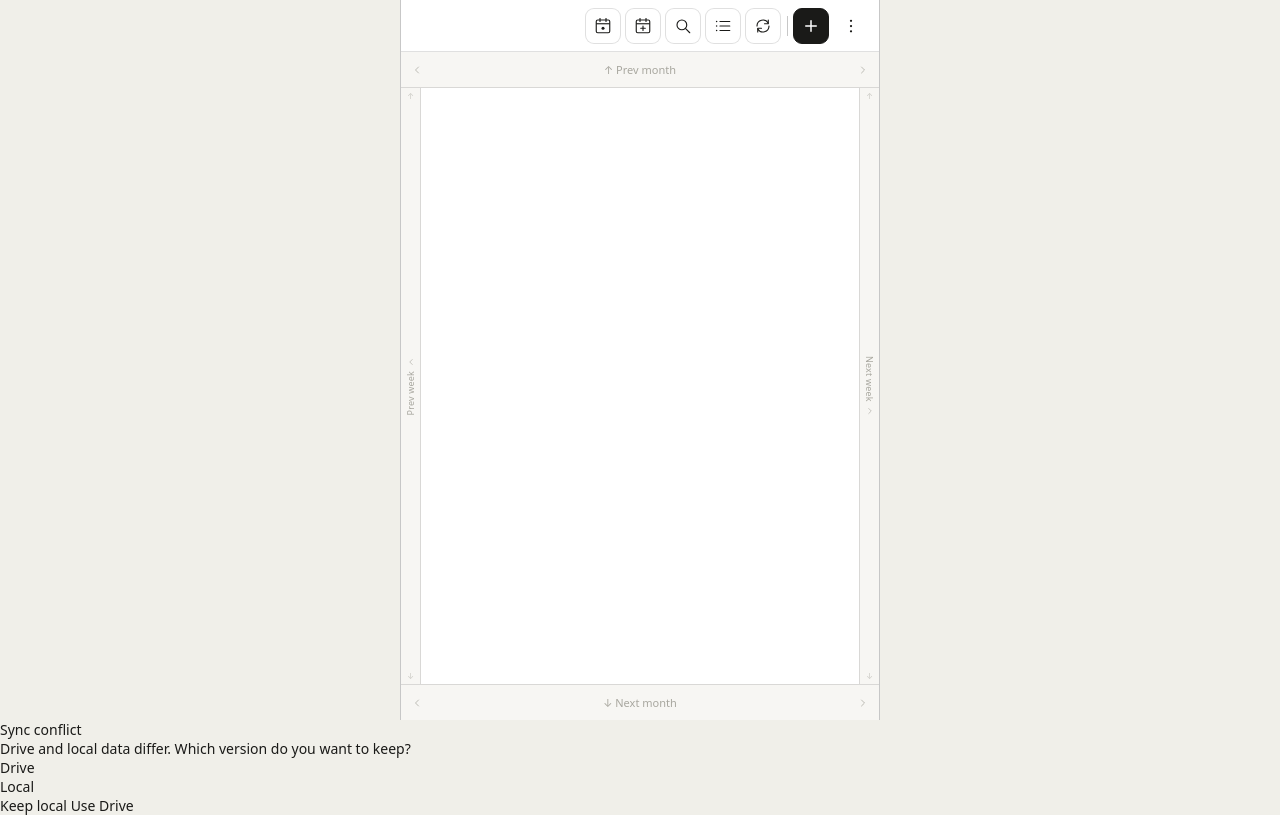
Repository: jcat00uk/Diary-Calendar
Page: index.html
The author's editor kept a copy of each file at every save. The page is drawn from the files as they stood at one save, then again after the next save.
The browser window is 1280 px wide. The pictures show the whole page.

Above is the page before, as saved 2026-04-29 11:20:20.
Console error (its wording comes from the project's code and is left out).

### index.html
<!DOCTYPE html>
<html lang="en">
<head>
  <meta charset="UTF-8">
  <meta name="viewport" content="width=device-width, initial-scale=1, viewport-fit=cover">
  <meta name="theme-color" content="#ffffff" media="(prefers-color-scheme: light)">
  <meta name="theme-color" content="#1a1a18" media="(prefers-color-scheme: dark)">
  <meta name="mobile-web-app-capable" content="yes">
  <meta name="apple-mobile-web-app-capable" content="yes">
  <meta name="apple-mobile-web-app-status-bar-style" content="default">
  <title>Chronicle</title>

  <link rel="stylesheet" href="css/base.css">
  <link rel="stylesheet" href="css/ribbon.css">
  <link rel="stylesheet" href="css/week-view.css">
  <link rel="stylesheet" href="css/day-card.css">
  <link rel="stylesheet" href="css/expanded-day.css">
  <link rel="stylesheet" href="css/modals.css">
  <link rel="stylesheet" href="css/agenda.css">
  <link rel="stylesheet" href="css/responsive.css">
  <link rel="stylesheet" href="css/themes.css">
</head>
<body>

  <!-- SVG icon sprite (hidden) -->
  <div aria-hidden="true" style="position:absolute;width:0;height:0;overflow:hidden">
    <!-- inlined at build time or loaded via JS; for dev we use the external file -->
  </div>

  <div class="app-wrapper" id="appWrapper">

    <!-- ── Ribbon ── -->
    <header class="ribbon" id="ribbon" role="banner">
      <div class="ribbon-left">
        <div class="ribbon-month" id="ribbonMonth" aria-live="polite"></div>
        <div class="ribbon-week"  id="ribbonWeek"  aria-live="polite"></div>
      </div>
      <div class="ribbon-right">
        <button class="icon-btn" id="btnToday"    aria-label="Go to today">
          <svg class="icon" aria-hidden="true"><use href="assets/icons.svg#icon-today"/></svg>
        </button>
        <button class="icon-btn" id="btnJumpDate" aria-label="Jump to date">
          <svg class="icon" aria-hidden="true"><use href="assets/icons.svg#icon-jump"/></svg>
        </button>
        <button class="icon-btn" id="btnSearch"   aria-label="Search">
          <svg class="icon" aria-hidden="true"><use href="assets/icons.svg#icon-search"/></svg>
        </button>
        <button class="icon-btn" id="btnAgenda"   aria-label="Agenda">
          <svg class="icon" aria-hidden="true"><use href="assets/icons.svg#icon-list"/></svg>
        </button>
        <button class="icon-btn" id="btnSync"     aria-label="Sync to Google Drive">
          <svg class="icon" aria-hidden="true"><use href="assets/icons.svg#icon-sync"/></svg>
          <span class="sync-badge" id="syncBadge" hidden aria-label="Unsynced changes"></span>
        </button>
        <div class="ribbon-separator" role="separator" aria-hidden="true"></div>
        <button class="icon-btn icon-btn--add"      id="btnAdd"      aria-label="Add event">
          <svg class="icon" aria-hidden="true"><use href="assets/icons.svg#icon-plus"/></svg>
        </button>
        <button class="icon-btn icon-btn--settings" id="btnSettings" aria-label="Settings">
          <svg class="icon" aria-hidden="true"><use href="assets/icons.svg#icon-dots"/></svg>
        </button>
      </div>
    </header>

    <!-- ── Week container ── -->
    <main class="week-container" id="weekContainer" role="main">

      <!-- Previous month arrow (top) — click = prev month, swipe ◄► = prev/next week -->
      <div class="nav-arrow nav-arrow--top" id="navPrevWeek"
           role="button" tabindex="0" aria-label="Previous month">
        <svg class="icon" aria-hidden="true"><use href="assets/icons.svg#icon-chevron-left"/></svg>
        <span>↑ Prev month</span>
        <svg class="icon" aria-hidden="true"><use href="assets/icons.svg#icon-chevron-right"/></svg>
      </div>

      <!-- Grid + side arrows -->
      <div class="grid-with-sides">

        <div class="nav-arrow nav-arrow--left" id="navPrevMonth"
             role="button" tabindex="0" aria-label="Previous week">
          <span class="nav-v-hint nav-v-hint--top">↑</span>
          <svg class="icon" aria-hidden="true"><use href="assets/icons.svg#icon-chevron-left"/></svg>
          <span class="rotated-text">Prev week</span>
          <span class="nav-v-hint nav-v-hint--bottom">↓</span>
        </div>

        <div class="week-grid" id="weekGrid" aria-label="Week view">
          <!-- Day cards rendered by app.js -->
        </div>

        <div class="nav-arrow nav-arrow--right" id="navNextMonth"
             role="button" tabindex="0" aria-label="Next week">
          <span class="nav-v-hint nav-v-hint--top">↑</span>
          <span class="rotated-text">Next week</span>
          <svg class="icon" aria-hidden="true"><use href="assets/icons.svg#icon-chevron-right"/></svg>
          <span class="nav-v-hint nav-v-hint--bottom">↓</span>
        </div>

      </div>

      <!-- Next month arrow (bottom) — click = next month, swipe ◄► = prev/next week -->
      <div class="nav-arrow nav-arrow--bottom" id="navNextWeek"
           role="button" tabindex="0" aria-label="Next month">
        <svg class="icon" aria-hidden="true"><use href="assets/icons.svg#icon-chevron-left"/></svg>
        <span>↓ Next month</span>
        <svg class="icon" aria-hidden="true"><use href="assets/icons.svg#icon-chevron-right"/></svg>
      </div>

    </main>

  </div><!-- /.app-wrapper -->

  <!-- ── Agenda panel (slides in from right) ── -->
  <div class="agenda-panel" id="agendaPanel" aria-label="Agenda" role="complementary">
    <div class="agenda-header">
      <span class="agenda-title">Agenda</span>
      <button class="icon-btn" id="btnAgendaClose" aria-label="Close agenda">
        <svg class="icon" aria-hidden="true"><use href="assets/icons.svg#icon-chevron-right"/></svg>
      </button>
    </div>
    <div class="agenda-filter-bar" id="agendaFilterBar">
      <button class="filter-pill active" data-filter="all">All</button>
      <button class="filter-pill" data-filter="event">Events</button>
      <button class="filter-pill" data-filter="todo">Todos</button>
    </div>
    <div class="agenda-list" id="agendaList"></div>
  </div>

  <!-- ── Conflict modal ── -->
  <div class="conflict-overlay" id="conflictModal">
    <div class="conflict-card">
      <div class="conflict-title">Sync conflict</div>
      <p class="conflict-body">Drive and local data differ. Which version do you want to keep?</p>
      <div class="conflict-times">
        <div class="conflict-time-row">
          <span class="conflict-time-label">Drive</span>
          <span class="conflict-time-val" id="conflictDriveTime"></span>
        </div>
        <div class="conflict-time-row">
          <span class="conflict-time-label">Local</span>
          <span class="conflict-time-val" id="conflictLocalTime"></span>
        </div>
      </div>
      <div class="conflict-actions">
        <button class="conflict-btn conflict-btn--secondary" id="conflictKeepLocal">Keep local</button>
        <button class="conflict-btn conflict-btn--primary"   id="conflictKeepDrive">Use Drive</button>
      </div>
    </div>
  </div>

  <script src="https://accounts.google.com/gsi/client" async defer onload="window._onGISLoad?.()"></script>
  <script type="module" src="js/app.js"></script>

</body>
</html>

### css/base.css
/* Chronicle — CSS variables, reset, typography */

*, *::before, *::after {
  box-sizing: border-box;
  margin: 0;
  padding: 0;
  -webkit-tap-highlight-color: transparent;
}

:root {
  --bg-primary: #ffffff;
  --bg-secondary: #f7f6f3;
  --bg-tertiary: #f0efe9;
  --text-primary: #1a1a18;
  --text-secondary: #6b6a66;
  --text-tertiary: #a8a79f;
  --color-border: rgba(0,0,0,0.12);
  --color-border-strong: rgba(0,0,0,0.22);
  --accent-blue-bg: #E6F1FB;
  --accent-blue-text: #0C447C;
  --accent-green-bg: #EAF3DE;
  --accent-green-text: #27500A;
  --accent-amber-bg: #FAEEDA;
  --accent-amber-text: #633806;
  --today-border: #378ADD;
  --today-text: #185FA5;
  --radius-card: 10px;
  --radius-modal: 12px;
  --radius-sm: 8px;
  --ribbon-height: 52px;
  --safe-top: env(safe-area-inset-top, 0px);
  --safe-bottom: env(safe-area-inset-bottom, 0px);
  --safe-left: env(safe-area-inset-left, 0px);
  --safe-right: env(safe-area-inset-right, 0px);
  /* Diary text size + lined-paper metrics (both updated together by applyDiaryFontSize) */
  --diary-font-size: 13px;
  --line-height-diary: 21px;
  --diary-padding-top: 6px;
  /* Day card theming */
  --day-card-bg: #EEF4FB;
  --day-card-bg-weekend: #F3F7FB;
  --day-card-border: rgba(55,138,221,0.18);
  --day-header-bg: #cfdff2;
  --day-header-bg-weekend: #d5e4f0;

}

body.dark {
  --bg-primary: #1a1a18;
  --bg-secondary: #242420;
  --bg-tertiary: #2c2c28;
  --text-primary: #f0efe9;
  --text-secondary: #a8a79f;
  --text-tertiary: #6b6a66;
  --color-border: rgba(255,255,255,0.10);
  --color-border-strong: rgba(255,255,255,0.20);
  --day-card-bg: #1a2230;
  --day-card-bg-weekend: #161d28;
  --day-card-border: rgba(55,138,221,0.15);
  --day-header-bg: #1e2d42;
  --day-header-bg-weekend: #1a2840;
}

html {
  font-family: system-ui, -apple-system, BlinkMacSystemFont, 'Segoe UI', sans-serif;
  font-size: 14px;
  font-weight: 400;
  color: var(--text-primary);
  background: var(--bg-tertiary);
  -webkit-font-smoothing: antialiased;
  -moz-osx-font-smoothing: grayscale;
  overscroll-behavior: none;
  /* Prevent Android WebView from auto-scaling small fonts, which breaks lined-paper alignment */
  -webkit-text-size-adjust: 100%;
  text-size-adjust: 100%;
}

body {
  background: var(--bg-tertiary);
  height: 100dvh;
  overflow: hidden;
}

button {
  font-family: inherit;
  font-size: inherit;
  font-weight: inherit;
  cursor: pointer;
  border: none;
  background: none;
  color: inherit;
  -webkit-tap-highlight-color: transparent;
}

input,
textarea,
select {
  font-family: inherit;
  font-size: inherit;
}

svg {
  display: block;
  fill: currentColor;
}

/* ── Toast ─────────────────────────────────────────────── */

.toast {
  position: fixed;
  bottom: calc(var(--safe-bottom) + 80px);
  left: 50%;
  transform: translateX(-50%) translateY(12px);
  background: var(--text-primary);
  color: var(--bg-primary);
  padding: 8px 16px;
  border-radius: var(--radius-sm);
  font-size: 13px;
  font-weight: 500;
  opacity: 0;
  transition: opacity 0.2s, transform 0.2s;
  z-index: 9999;
  pointer-events: none;
  white-space: nowrap;
  max-width: calc(100vw - 40px);
}

.toast.toast--visible {
  opacity: 1;
  transform: translateX(-50%) translateY(0);
}

/* ── Coming-soon badge (settings) ───────────────────────── */

.badge-soon {
  display: inline-block;
  font-size: 10px;
  font-weight: 500;
  padding: 2px 6px;
  border-radius: 10px;
  background: var(--accent-amber-bg);
  color: var(--accent-amber-text);
  margin-left: 6px;
  vertical-align: middle;
  white-space: nowrap;
}

### css/ribbon.css
/* Chronicle — Ribbon (sticky top toolbar) */

.ribbon {
  position: sticky;
  top: 0;
  z-index: 100;
  height: var(--ribbon-height);
  display: flex;
  align-items: center;
  padding: 0 10px;
  gap: 6px;
  background: var(--bg-primary);
  border-bottom: 0.5px solid var(--color-border);
  flex-shrink: 0;
}

.ribbon-left {
  flex: 1;
  display: flex;
  flex-direction: column;
  gap: 1px;
  min-width: 0;
}

.ribbon-month {
  font-size: 15px;
  font-weight: 500;
  color: var(--text-primary);
  line-height: 1.2;
  white-space: nowrap;
}

.ribbon-week {
  font-size: 12px;
  color: var(--text-tertiary);
  line-height: 1.2;
}

.ribbon-right {
  display: flex;
  align-items: center;
  gap: 4px;
  flex-shrink: 0;
}

.icon-btn {
  width: 36px;
  height: 36px;
  display: flex;
  align-items: center;
  justify-content: center;
  border: 0.5px solid var(--color-border);
  border-radius: 9px;
  background: var(--bg-primary);
  color: var(--text-primary);
  position: relative;
  transition: background 0.15s;
  flex-shrink: 0;
}

.icon-btn:active {
  background: var(--bg-secondary);
}

.icon-btn--add {
  background: var(--text-primary);
  color: var(--bg-primary);
  border-color: var(--text-primary);
}

.icon-btn--add:active {
  opacity: 0.75;
}

.icon-btn--settings {
  border-color: transparent;
}

.icon {
  width: 18px;
  height: 18px;
  flex-shrink: 0;
}

.ribbon-separator {
  width: 0.5px;
  height: 20px;
  background: var(--color-border-strong);
  margin: 0 2px;
  flex-shrink: 0;
}

.sync-badge {
  position: absolute;
  top: 7px;
  right: 7px;
  width: 6px;
  height: 6px;
  border-radius: 50%;
  background: var(--accent-amber-text);
  pointer-events: none;
}

.icon-btn--syncing .icon {
  animation: chronicle-spin 1s linear infinite;
}

@keyframes chronicle-spin {
  to { transform: rotate(360deg); }
}

### css/week-view.css
/* Chronicle — Week view grid and edge navigation arrows */

/* ── Outer scroll container ───────────────────────────────
   overflow: hidden — diary cells scroll internally, not the whole grid */
.week-container {
  flex: 1;
  display: flex;
  flex-direction: column;
  min-height: 0;
  overflow: hidden;
  transition: padding-bottom 0.2s ease;
}

.week-container.toolbar-open {
  padding-bottom: 44px;
}

/* ── Edge nav arrows ──────────────────────────────────── */

.nav-arrow {
  display: flex;
  align-items: center;
  justify-content: center;
  gap: 4px;
  background: var(--bg-secondary);
  cursor: pointer;
  user-select: none;
  -webkit-user-select: none;
  color: var(--text-tertiary);
  font-size: 11px;
  border: 0.5px solid var(--color-border);
  transition: background 0.12s;
  -webkit-tap-highlight-color: transparent;
  flex-shrink: 0;
}

.nav-arrow:active {
  background: var(--bg-tertiary);
}

.nav-arrow--top,
.nav-arrow--bottom {
  height: 36px;
  flex-direction: row;
  padding: 0 10px;
  border-left: none;
  border-right: none;
  touch-action: pan-x;
  justify-content: space-between;
}

.nav-arrow--top  { border-top: none; }
.nav-arrow--bottom { border-bottom: none; }

/* Centre the month label text between the two far-edge arrows */
.nav-arrow--top span,
.nav-arrow--bottom span {
  flex: 1;
  text-align: center;
}

.nav-arrow .icon {
  width: 12px;
  height: 12px;
  flex-shrink: 0;
}

/* ── Grid + side arrows row ───────────────────────────── */

.grid-with-sides {
  flex: 1;
  display: flex;
  align-items: stretch;
  min-height: 0;
  position: relative;
}

.nav-arrow--left,
.nav-arrow--right {
  width: 20px;
  flex-direction: column;
  padding: 10px 0;
  border-top: none;
  border-bottom: none;
  overflow: hidden;
  position: relative;
}

.nav-arrow--left  { border-left: none; }
.nav-arrow--right { border-right: none; }

.nav-arrow--left .icon,
.nav-arrow--right .icon {
  width: 10px;
  height: 10px;
}

.rotated-text {
  font-size: 9px;
  writing-mode: vertical-rl;
  letter-spacing: 0.02em;
}

.nav-arrow--left .rotated-text {
  transform: rotate(180deg);
}

/* ── Week grid — layout set by data-week-start attribute ── */

.week-grid {
  flex: 1;
  min-height: 0;
  min-width: 0;        /* prevents long GCal titles from inflating the flex item */
  overflow: hidden;
  display: grid;
  gap: 6px;
  padding: 7px;
  position: relative;
}

/* Monday start: Mon–Thu in two 2-col rows, then Fri (left) + weekend stack (right) */
/* minmax(0,1fr) instead of 1fr: 1fr = minmax(auto,1fr) which still uses item
   min-content as the column minimum, letting long event titles inflate columns.
   minmax(0,1fr) hard-sets the minimum to 0, guaranteeing equal columns. */
.week-grid[data-week-start="mon"] {
  grid-template-columns: minmax(0, 1fr) minmax(0, 1fr);
  grid-template-rows: 1fr 1fr 1fr;
  grid-template-areas:
    "mon tue"
    "wed thu"
    "fri weekend";
}

/* Sunday start: half-height Sun strip at top, then 3 weekday rows */
.week-grid[data-week-start="sun"] {
  grid-template-columns: minmax(0, 1fr) minmax(0, 1fr);
  grid-template-rows: 0.5fr 1fr 1fr 1fr;
  grid-template-areas:
    "sun sun"
    "mon tue"
    "wed thu"
    "fri sat";
}

/* Assign each card to its named grid area via data-day */
.day-card[data-day="sun"] { grid-area: sun; }
.day-card[data-day="mon"] { grid-area: mon; }
.day-card[data-day="tue"] { grid-area: tue; }
.day-card[data-day="wed"] { grid-area: wed; }
.day-card[data-day="thu"] { grid-area: thu; }
.day-card[data-day="fri"] { grid-area: fri; }
.day-card[data-day="sat"] { grid-area: sat; }

/* Weekend column — wraps Sat + Sun in Mon-start mode */
.weekend-col {
  grid-area: weekend;
  display: flex;
  flex-direction: column;
  gap: 6px;
  height: 100%;
  min-height: 0;
  min-width: 0;        /* prevents long event titles inside Sat/Sun from inflating the grid column */
}

.weekend-col .day-card {
  flex: 1;
  height: auto;
  min-height: 0;
}

/* ── Multi-day event overlay ─────────────────────────────── */

.multiday-overlay {
  position: absolute;
  pointer-events: none;
  z-index: 2;
  overflow: hidden;
}

.multiday-bar {
  position: absolute;
  display: flex;
  align-items: center;
  overflow: hidden;
  cursor: pointer;
  pointer-events: auto;
  opacity: 0.93;
  transition: opacity 0.1s, filter 0.1s;
}

.multiday-bar:hover {
  opacity: 1;
  filter: brightness(0.88);
}

.multiday-bar--active {
  filter: brightness(0.82);
}

.multiday-detail {
  pointer-events: auto;
}

.multiday-bar-label {
  padding: 0 6px;
  font-size: 10px;
  font-weight: 600;
  color: #fff;
  overflow: hidden;
  text-overflow: ellipsis;
  white-space: nowrap;
  pointer-events: none;
  text-shadow: 0 1px 2px rgba(0,0,0,0.25);
}

/* ── Swipe direction hint ─────────────────────────────── */

.swipe-hint {
  position: fixed;
  z-index: 9999;
  pointer-events: none;
  padding: 6px 13px;
  border-radius: 20px;
  background: rgba(0, 0, 0, 0.52);
  color: #fff;
  font-size: 12px;
  font-weight: 600;
  letter-spacing: 0.03em;
  white-space: nowrap;
  opacity: 0;
  transition: opacity 0.14s ease;
  backdrop-filter: blur(6px);
  -webkit-backdrop-filter: blur(6px);
}

.swipe-hint--visible {
  opacity: 1;
}

/* ── Swipe zone glow — top/bottom nav strips ──────────────── */

.nav-arrow--top.swipe-zone-active,
.nav-arrow--bottom.swipe-zone-active {
  background: rgba(55,138,221,0.18);
  box-shadow: inset 0 0 18px rgba(55,138,221,0.35);
  color: rgba(55,138,221,0.85);
  transition: none;
}

/* ── Vertical swipe hints on side nav buttons (month navigation) ── */

.nav-v-hint {
  position: absolute;
  left: 50%;
  transform: translateX(-50%);
  font-size: 8px;
  line-height: 1;
  color: var(--text-tertiary);
  opacity: 0.55;
  pointer-events: none;
  user-select: none;
  -webkit-user-select: none;
}

.nav-v-hint--top    { top: 4px; }
.nav-v-hint--bottom { bottom: 4px; }

/* ── Glow when a vertical (month) swipe is active ─────────── */

.nav-arrow--left.swipe-zone-active,
.nav-arrow--right.swipe-zone-active {
  background: rgba(55,138,221,0.18);
  box-shadow: inset 0 0 18px rgba(55,138,221,0.35);
  color: rgba(55,138,221,0.85);
  transition: none;
}

### css/responsive.css
/* Chronicle — Responsive layout, safe-area, desktop centering */

.app-wrapper {
  width: 100%;
  max-width: 480px;
  margin: 0 auto;
  height: 100dvh;          /* fixed viewport height — inner diary cells scroll */
  padding-top: var(--safe-top);
  padding-bottom: var(--safe-bottom);
  display: flex;
  flex-direction: column;
  overflow: hidden;
  background: var(--bg-primary);
  position: relative;
}

/* Desktop: centred column with simulated device border */
@media (min-width: 600px) {
  .app-wrapper {
    border-left: 0.5px solid var(--color-border-strong);
    border-right: 0.5px solid var(--color-border-strong);
  }

  .settings-dropdown {
    right: calc(50% - 230px);
  }
}

/* Very small screens */
@media (max-width: 360px) {
  .week-grid {
    gap: 4px;
    padding: 5px;
  }

  .icon-btn {
    width: 32px;
    height: 32px;
  }

  .ribbon {
    gap: 2px;
    padding: 0 8px;
  }

  .ribbon-separator {
    margin: 0 1px;
  }
}

Loaded but not shown: js/app.js (library); js/themeEditor.js (744 lines, source omitted); js/sync.js (778 lines, source omitted); js/gestures.js (304 lines, source omitted); js/themes.js (178 lines, source omitted); js/events.js (251 lines, source omitted); js/notifications.js (148 lines, source omitted); js/calendar.js (116 lines, source omitted); js/ical.js (108 lines, source omitted); js/holidays.js (104 lines, source omitted); js/undo.js (32 lines, source omitted); css/day-card.css (663 lines, source omitted); css/themes.css (585 lines, source omitted); css/expanded-day.css (475 lines, source omitted); css/modals.css (521 lines, source omitted); css/agenda.css (253 lines, source omitted); js/diary.js (no copy from this time; the picture is the same without it)

After the next save:
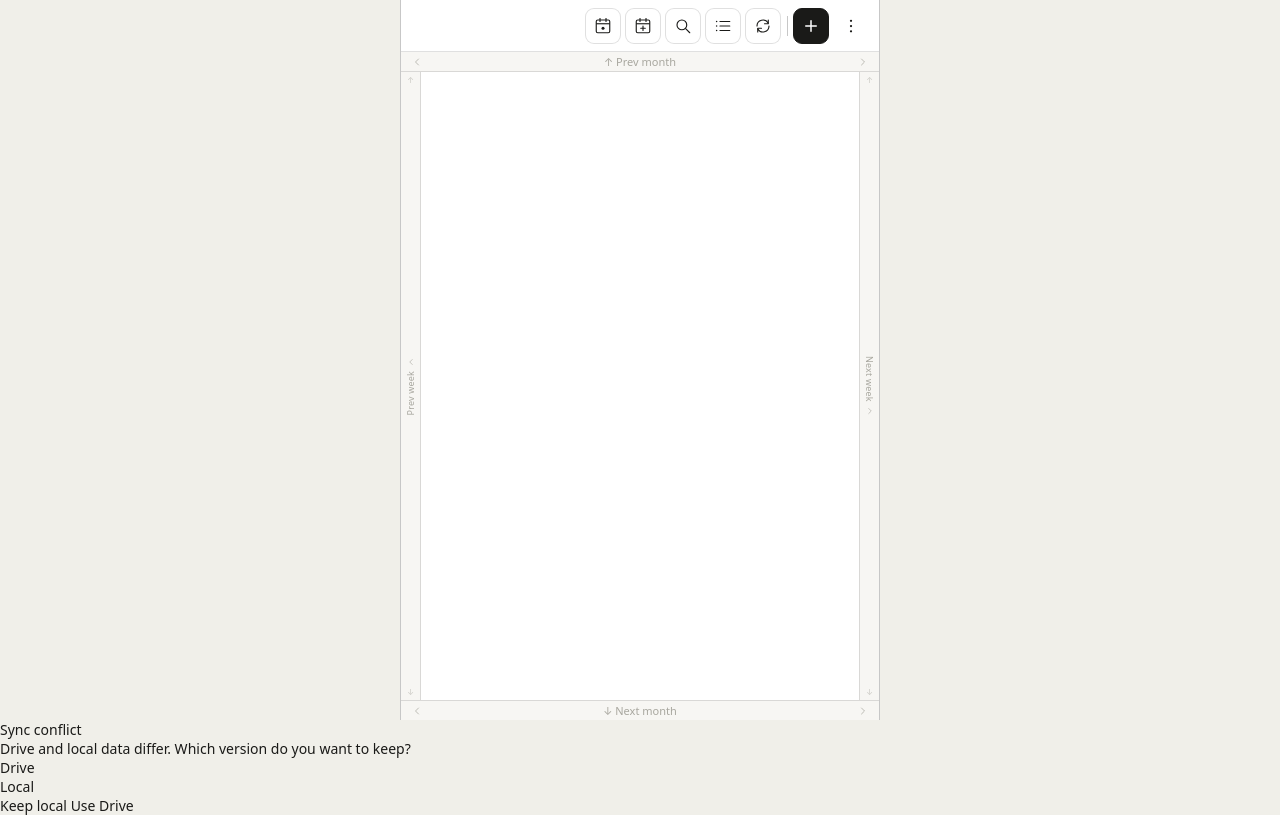
Saved 2 min 41 s later.
--- a/css/week-view.css
+++ b/css/week-view.css
@@ -40,7 +40,7 @@
 
 .nav-arrow--top,
 .nav-arrow--bottom {
-  height: 36px;
+  height: 20px;
   flex-direction: row;
   padding: 0 10px;
   border-left: none;
